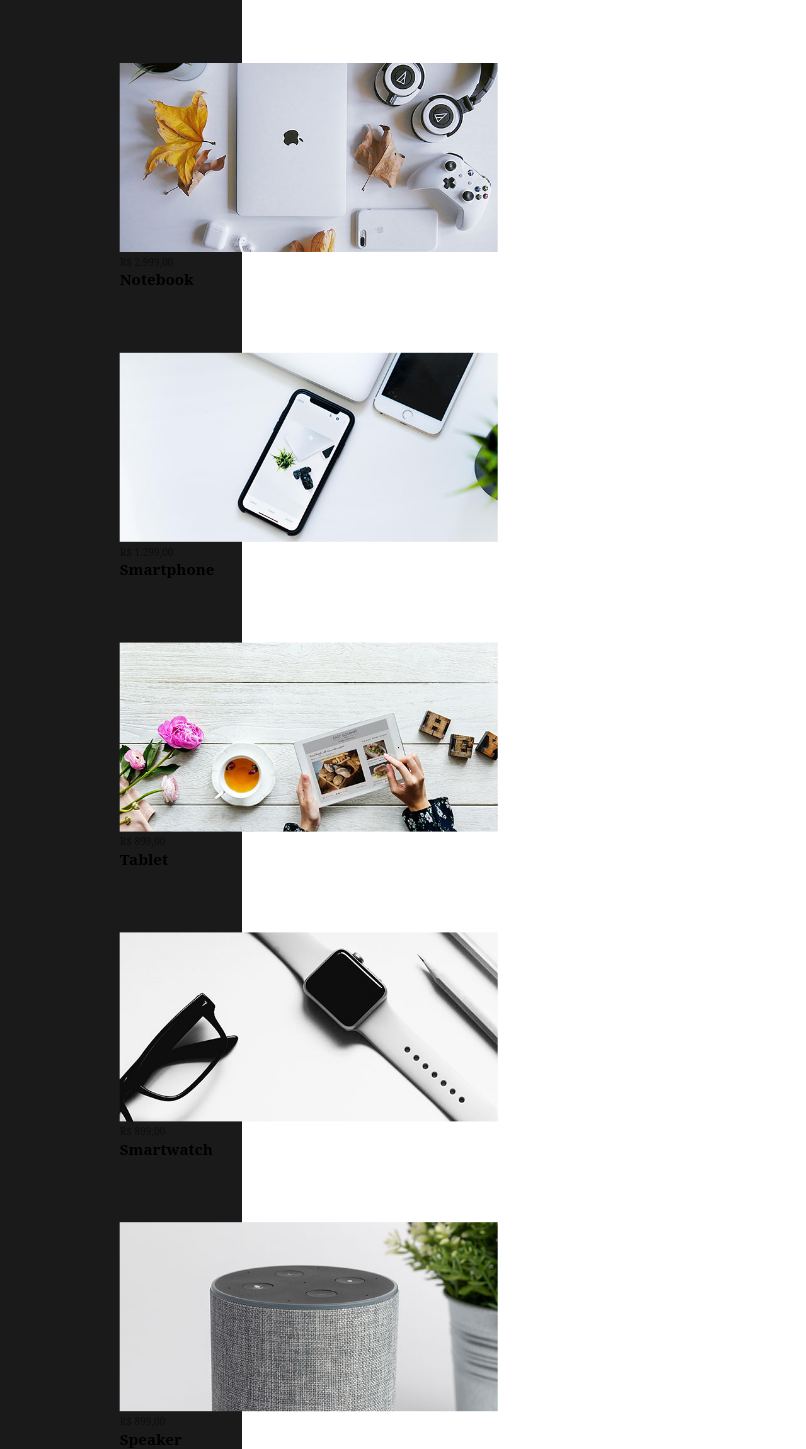
Repository: tomvieir/techno
Page: index.html
The author's editor kept a copy of each file at every save. The page is drawn from the files as they stood at one save, then again after a run of saves.
The browser window is 1280 px wide. The pictures show the whole page, at 63% of full size.

Above is the page before, as saved 2022-06-23 17:21:25.

### index.html
<!DOCTYPE html>
<html lang="en">
<head>
  <meta charset="UTF-8">
  <meta name="viewport" content="width=device-width, initial-scale=1.0">
  <meta http-equiv="X-UA-Compatible" content="ie=edge">
  <script src="./vue.min.js"></script>
  <link rel="stylesheet" href="./style.css">
  <title>Techno</title>
</head>
<body>
  <div id="app">

    <section class="modal" v-if="produto">

      <div class="modal_container">
        <div class="modal_img">
          {{produtos.img}}

        </div>

      </div>

      {{produto}}

    </section>



    <section class="produtos">
      <div class="produtos" v-for="item in produtos" :key="item.id" @click="fetchProduto(item.id)">
        <img :src="item.img" :alt="item.nome">
        <div >
          <span class="produto_preco">{{item.preco |  formatarPreco}}</span>
          <h2>{{item.nome}}</h2>
        </div>
      </div>
    </section>

  </div>

  <script src="./app.js"></script>
</body>
</html>

### style.css
body, h1, h2, ul, li, p {
    padding: 0px;
    margin: 0px;
  }

  ul {
    list-style: none;
  }

  * {
    box-sizing: border-box;
  }

  body {
    background: linear-gradient(to right, #1a1a1a 30%, #ffffff 30%);
    font-family: "Noto Serif";
  }

  #app {
    padding: 0 80px;
  }

  /* LISTA PRODUTOS */

  .produtos {
    max-width: 900px;
    margin: 100px auto 0 auto;
  }

  .produto {
    display: flex;
    align-items: center;
    margin-bottom: 40px;
    background: #ffffff;
    box-shadow: 0 0 2rem rgba(0,0,0,.1);
    cursor: pointer;
  }

  .produto_img {
    max-width: 300px;
    margin-right: 40px;
  }

  .produto_titulo {
    font-size: 3rem;
    line-height: 1;
  }

  .produto_preco {
    color: rgba(0,0,0,.5);
  }

  /* MODAL */

  .modal::before {
    content: "";
    position: fixed;
    top: 0px;
    left: 0px;
    width: 100%;
    height: 100vh;
    background: rgba(0,0,0,.5);
  }

  .modal {
    display: flex;
    flex-direction: column;
    align-items: center;
    position: absolute;
    top: 0px;
    left: 0px;
    width: 100%;
    padding: 80px;
  }

  .modal_container {
    position: relative;
    background: linear-gradient(to right, transparent 250px, white 250px);
    z-index: 1;
    display: grid;
    align-items: end;
    grid-gap: 50px;
    padding: 50px 50px 50px 0;
  }

  .modal_img {
    grid-column: 1;
    box-shadow: 0px 3px 4px rgba(0,0,0,.1), 0px 4px 10px rgba(0,0,0,.2);
  }

  .modal_img img {
    max-width: 300px;
    display: block;
  }

  .modal_dados {
    grid-column: 2;
    max-width: 600px;
  }

  .modal_titulo {
    font-size: 3rem;
  }

  .modal_btn {
    margin-top: 80px;
    background: #000;
    cursor: pointer;
    color: #ffffff;
    border: none;
    font-size: 1rem;
    padding: 10px 25px;
    font-family: "Noto Serif";
  }

  .modal_btn:active {
    background: #808080;
  }

  /* AVALIACOES */

  .avaliacoes {
    grid-column: 2;
  }

  .avaliacoes_subtitulo {
    font-size: 1.75rem;
  }

  .avaliacao {
    border-bottom: 1px solid rgba(0,0,0,.1);
    padding-bottom: 20px;
  }

  .avaliacao_descricao {
    color: rgba(0,0,0,.7);
    margin: 20px 0 5px 0;
  }

  .avaliacao_usuario {
    font-weight: bold;
  }

### app.js
const vm = new Vue({
  el: "#app",
  data: {
    produtos: [],
    produto: false,
  },
  methods: {
    fetchProdutos() {
      fetch("./api/produtos.json")
        .then(r => r.json())
        .then(r => {
          this.produtos = r;
        })
    },

    fetchProduto(id) {
      fetch(`./api/produtos/${id}/dados.json`)
        .then(r => r.json())
        .then(r => {
          this.produto = r;
        })
    }
  },

  filters: {
    formatarPreco(preco) {
      return preco.toLocaleString("pt-BR", {
        style: "currency",
        currency: "BRL",
        minimumFractionDigits: 2
      });
    }
  },

  created() {
    this.fetchProdutos();
  }
})

### api/produtos.json
[
  {
    "id": "notebook",
    "nome": "Notebook",
    "preco": 2999,
    "img": "./api/produtos/notebook/notebook.jpg"
  },
  {
    "id": "smartphone",
    "nome": "Smartphone",
    "preco": 1299,
    "img": "./api/produtos/smartphone/smartphone.jpg"
  },
  {
    "id": "tablet",
    "nome": "Tablet",
    "preco": 899,
    "img": "./api/produtos/tablet/tablet.jpg"
  },
  {
    "id": "smartwatch",
    "nome": "Smartwatch",
    "preco": 899,
    "img": "./api/produtos/smartwatch/smartwatch.jpg"
  },
  {
    "id": "speaker",
    "nome": "Speaker",
    "preco": 899,
    "img": "./api/produtos/speaker/speaker.jpg"
  }
]

Loaded but not shown: vue.min.js (library)

After the next 7 saves:
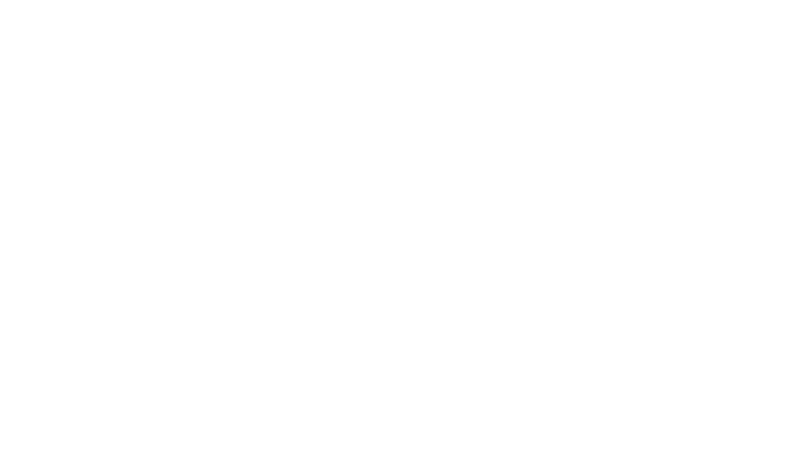
The 7 saves are shown as one change because they came seconds apart.
The last was saved 18 s later.
--- a/index.html
+++ b/index.html
@@ -15,7 +15,7 @@
 
       <div class="modal_container">
         <div class="modal_img">
-          {{produtos.img}}
+          <img :src="" alt="">
 
         </div>
 

After the save that followed:
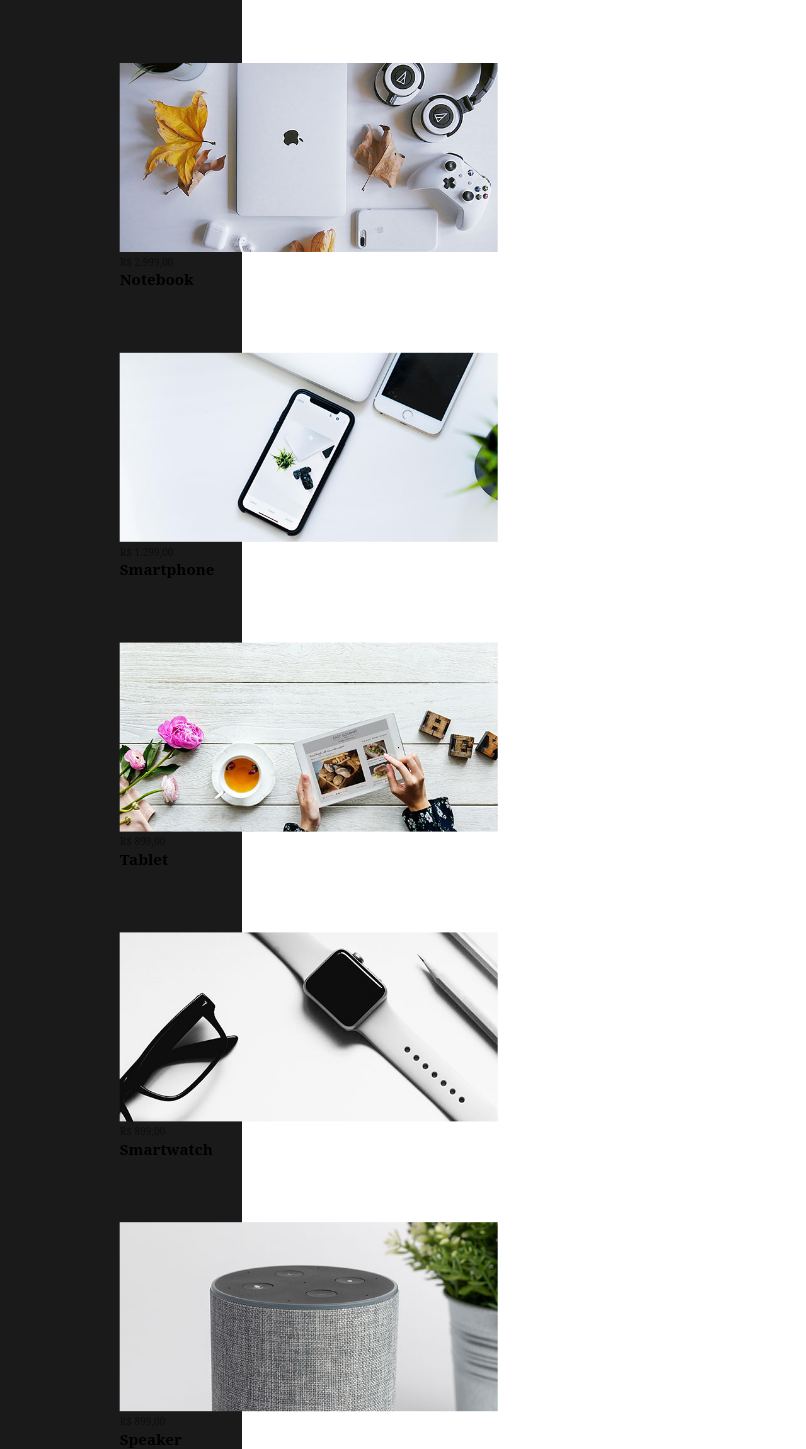
Saved 9 s later.
--- a/index.html
+++ b/index.html
@@ -15,7 +15,7 @@
 
       <div class="modal_container">
         <div class="modal_img">
-          <img :src="" alt="">
+          <img src="" alt="">
 
         </div>
 
